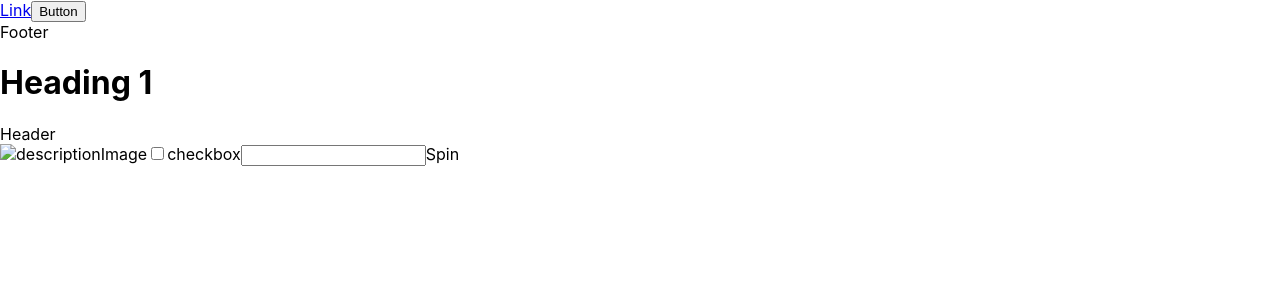
Repository: AiTrinh303/Jest_Sample
Page: / (app in small-test/)
These files come from the project's save history. The page is drawn as it stood at one moment and after a run of saves; the edit follows.
The browser window is 1280 px wide. The pictures show the whole page.
The project was rebuilt for these pictures with package versions that can differ from the ones it lists, and the page was loaded fresh each time.

Above is the page before, as saved 2024-11-25 20:46:32.

### small-test/src/App.js

function App() {
  return (
    <div>
      <a href="/">Link</a>
      <button>Button</button>
      <footer>Footer</footer>
      <h1>Heading 1</h1>
      <header>Header</header>
      <img alt="description"/>Image
      <input type="checkbox"/>checkbox
      <input type="number"/>Spin
    </div>
  );
}

export default App;

Loaded but not shown: small-test/public/index.html (common file); small-test/src/index.js (common file); small-test/src/index.css (common file); small-test/src/reportWebVitals.js (common file)

After the next 7 saves:
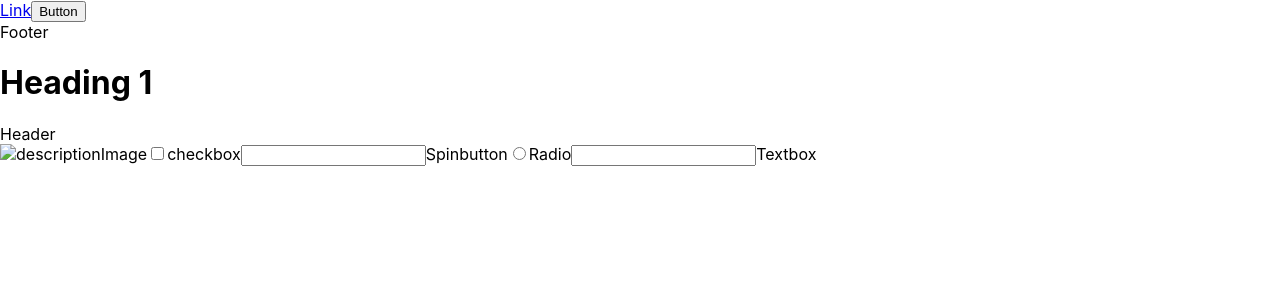
The 7 saves are shown as one change because they came seconds apart.
The last was saved 19 s later.
--- a/small-test/src/App.js
+++ b/small-test/src/App.js
@@ -9,7 +9,10 @@ function App() {
       <header>Header</header>
       <img alt="description"/>Image
       <input type="checkbox"/>checkbox
-      <input type="number"/>Spin
+      <input type="number"/>Spinbutton
+      <input type="radio"/>Radio
+      <input type="text"/>Textbox
+
     </div>
   );
 }
